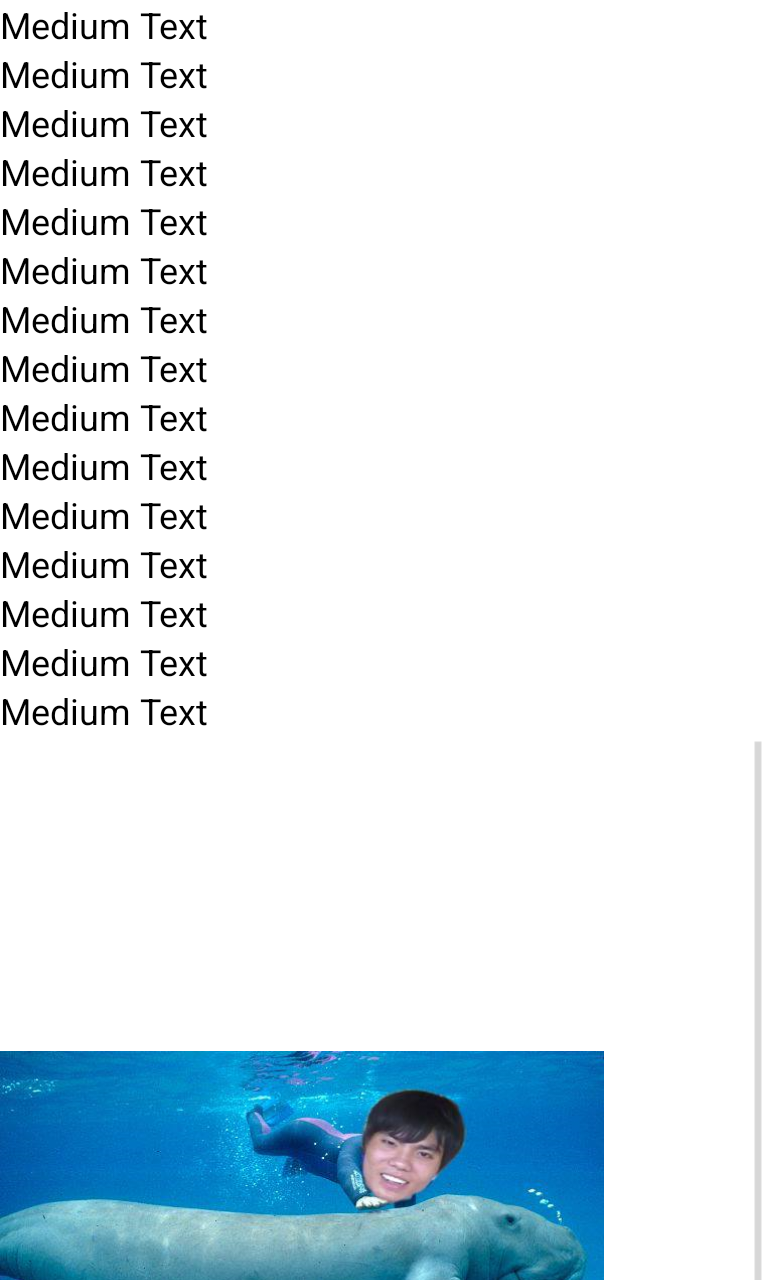
Repository: hieu19926/Non_cable_networking
Layout: SecondGraders/res/layout/mucluc.xml
The author's editor kept a copy of each file at every save. The layout is drawn from the files as they stood at one save, then again after the next save.
It is drawn on a 768 x 1280 px phone screen (xhdpi) without system bars, with theme AppTheme; the app's code is not run.

Above is the layout before, as saved 2014-10-05 08:45:30.

After the next save:
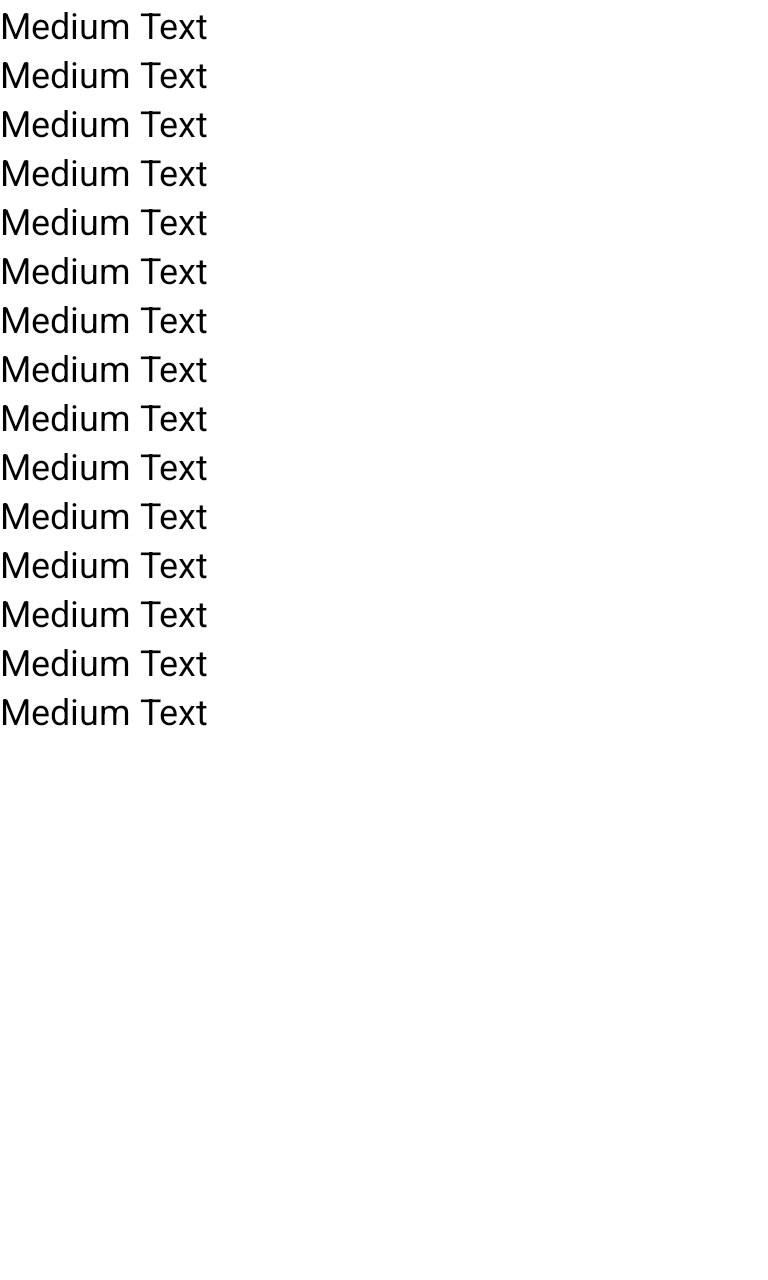
Saved 14 min 52 s later.
--- a/SecondGraders/res/layout/mucluc.xml
+++ b/SecondGraders/res/layout/mucluc.xml
@@ -2,16 +2,17 @@
 <GridLayout xmlns:android="http://schemas.android.com/apk/res/android"
     android:id="@+id/GridLayout1"
     android:layout_width="match_parent"
-    android:layout_height="match_parent"
+    android:layout_height="fill_parent"
     android:columnCount="2"
     android:orientation="horizontal" >
 
     <ScrollView
         android:id="@+id/scrollView1"
-        android:layout_gravity="fill_horizontal" >
+        android:layout_width="115dp"
+        android:layout_gravity="left" >
 
         <LinearLayout
-            android:layout_width="match_parent"
+            android:layout_width="259dp"
             android:layout_height="match_parent"
             android:orientation="vertical" >
 
@@ -122,33 +123,24 @@
         </LinearLayout>
     </ScrollView>
 
+    <Space
+        android:layout_column="1"
+        android:layout_gravity="fill_vertical"
+        android:layout_row="2" />
+
     <ScrollView
         android:id="@+id/scrollView2"
+        android:layout_height="1030dp"
         android:layout_column="0"
-        android:layout_gravity="fill_horizontal" >
+        android:layout_gravity="right|center_vertical"
+        android:layout_row="0" >
 
         <LinearLayout
             android:layout_width="302dp"
             android:layout_height="1269dp"
             android:orientation="vertical" >
 
-            <ImageView
-                android:id="@+id/imageView1"
-                android:layout_width="wrap_content"
-                android:layout_height="wrap_content"
-                android:src="@drawable/ca_kua" />
-
-            <ImageView
-                android:id="@+id/imageView2"
-                android:layout_width="wrap_content"
-                android:layout_height="wrap_content"
-                android:src="@drawable/ca_kua" />
         </LinearLayout>
     </ScrollView>
 
-    <Space
-        android:layout_column="1"
-        android:layout_gravity="fill_vertical"
-        android:layout_row="2" />
-
 </GridLayout>
